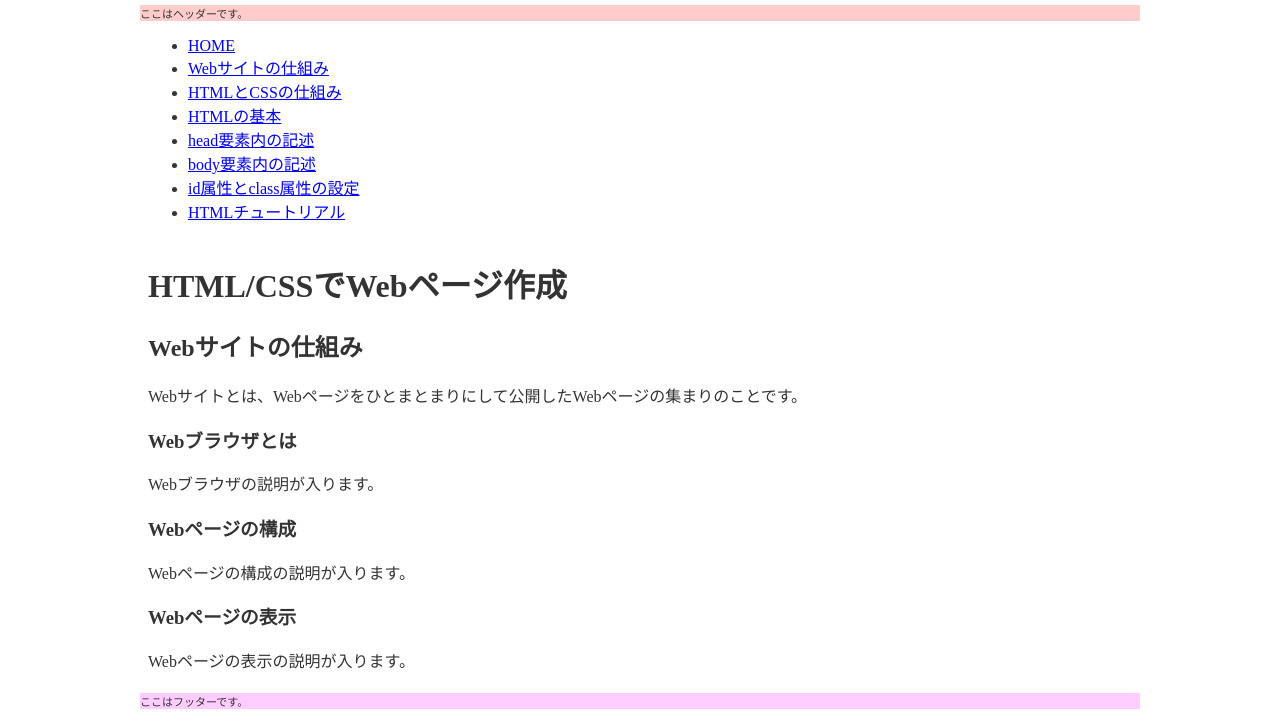
Repository: sugihiro1/test_laravel
Page: kadai_css/kadai_css.html
The author's editor kept a record of every edit. The page is drawn from the files as they stood at one moment, then again after the next edit.
The browser window is 1280 px wide. The pictures show the whole page.

Above is the page before.

After the next edit:
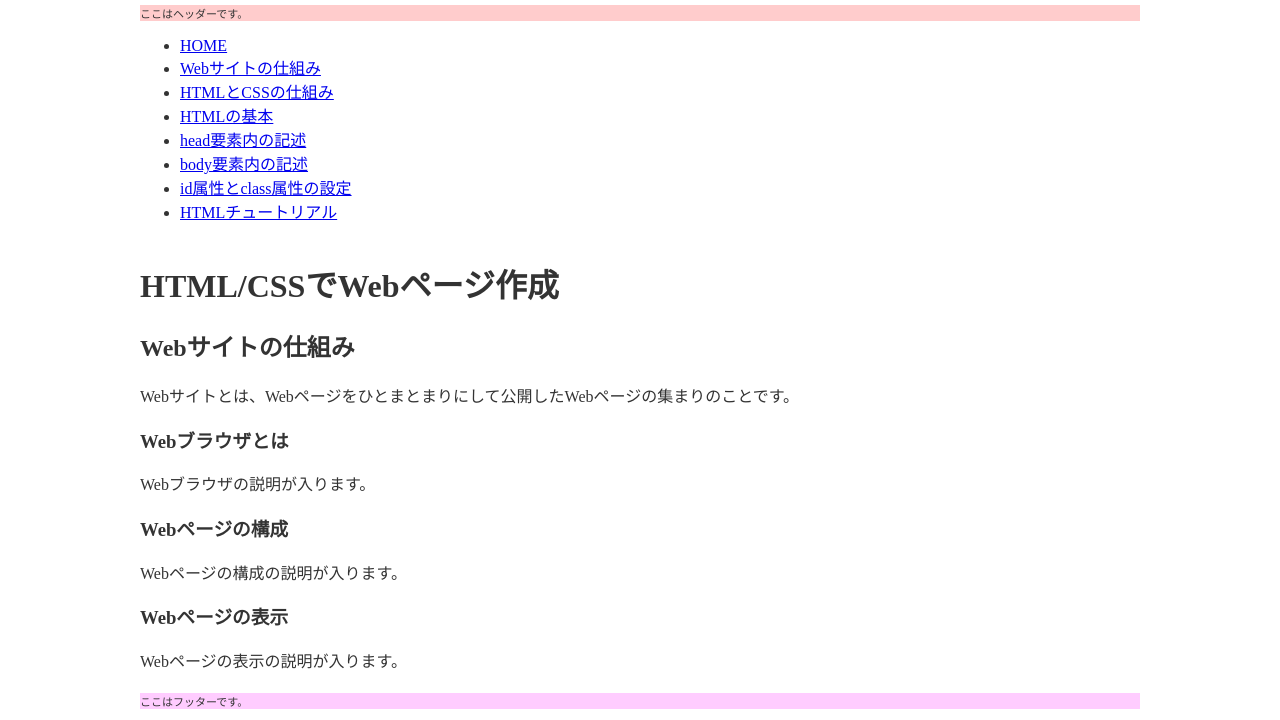
The edit:
--- a/kadai_css/kadai_css.css
+++ b/kadai_css/kadai_css.css
@@ -35,7 +35,7 @@
 }
 
 #wrapper {
-    width: 984px;
+    width: 1000px;
     margin: 0 auto;
 }
 
